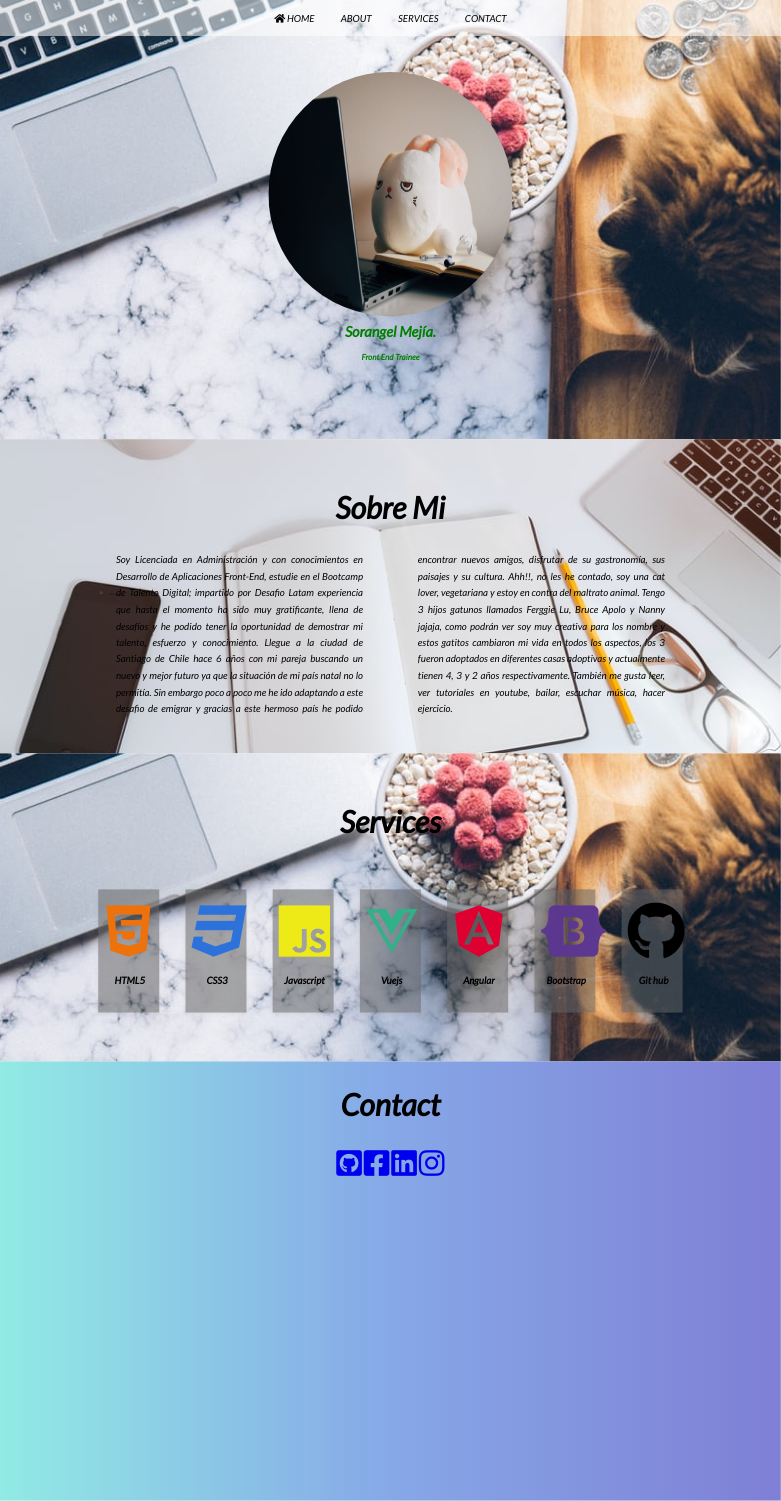
Repository: sory2311/portfolio-css
Page: index.html
The author's editor kept a copy of each file at every save. The page is drawn from the files as they stood at one save, then again after the next save.
The browser window is 1280 px wide. The pictures show the whole page, at 61% of full size.
Backgrounds fixed to the window are drawn as part of the page. Some web libraries are served in a nearby version.

Above is the page before, as saved 2021-05-27 18:30:52.

### index.html
<!DOCTYPE html>
<html lang="en">
  <head>
    <meta charset="UTF-8" />
    <meta name="viewport" content="width=device-width, initial-scale=1.0" />
    <title>Document</title>
    <link
      rel="stylesheet"
      href="https://cdnjs.cloudflare.com/ajax/libs/font-awesome/5.14.0/css/all.min.css"
    />
    <link
      href="https://fonts.googleapis.com/css2?family=Lato:ital@1&display=swap"
      rel="stylesheet"
    />
    <link rel="stylesheet" href="./css/style.css" />
  </head>

  <body>
    <nav class="sidebar">
      <a href="#home" class="sidebar-item"><i class="fas fa-home"></i> Home</a>
      <a href="#about" class="sidebar-item">About</a>
      <a href="#services" class="sidebar-item">Services</a>
      <a href="#contact" class="sidebar-item">Contact</a>
      <a href="javscript:void(0)" class="close"><i class="fa fa-times"></i></a>
    </nav>
    <a href="javscript:void(0)" class="open"><i class="fa fa-bars"></i></a>

    <!--aqui comienza el home-->
    <header id="home">
      <img src="./img/avatar2.jpeg" alt="Mi foto" class="avatar" />
      <h2 class="header-name">Sorangel Mejía.</h2>
      <h5 class="header-title">Front End Trainee</h5>
    </header>

    <!--aqui comienza el acerca de:-->
    <section id="about">
      <div class="container">
        <h1 class="section-title">Sobre Mi</h1>
        <p class="about-content">
          Soy Licenciada en Administración y con conocimientos en Desarrollo de Aplicaciones Front-End,
          estudie en el Bootcamp de Talento Digital; impartido por Desafio Latam
          experiencia que hasta el momento ha sido muy gratificante, llena de
          desafíos y he podido tener la oportunidad de demostrar mi
          talento, esfuerzo y conocimiento. Llegue a la ciudad de Santiago de Chile hace 6 años con mi pareja buscando un nuevo y mejor futuro
          ya que la situación de mi país natal no lo permitía. Sin embargo poco a poco me he ido adaptando a
          este desafio de emigrar y gracias a este hermoso país he podido encontrar nuevos amigos, disfrutar
          de su gastronomía, sus paisajes y su cultura.
          Ahh!!, no les he contado, soy una cat lover, vegetariana y estoy en contra del maltrato animal.
                    Tengo 3 hijos gatunos llamados Ferggie Lu, Bruce Apolo y Nanny jajaja, como podrán ver soy muy
                    creativa para los nombre y estos gatitos cambiaron mi vida en todos los aspectos, los 3
                    fueron
                    adoptados en diferentes casas adoptivas y actualmente tienen 4, 3 y 2 años respectivamente.
                    También me gusta leer, ver tutoriales en youtube, bailar, escuchar música, hacer
                    ejercicio.
        </p>
      </div>
    </section>
    <!--aqui comienza el servicios-->
    <section id="services">
      <div class="container">
        <h1 class="section-title">Services</h1>
        <div class="card">
          <i class="fab fa-html5 fa-6x icon-html5"></i>
          <div class="container">
            <h4 class="title">HTML5</h4>
          </div>
        </div>
        <div class="card">
          <i class="fab fa-css3 fa-6x icon-css3"></i>
          <div class="container">
            <h4 class="title">CSS3</h4>
          </div>
        </div>
        <div class="card">
          <i class="fab fa-js fa-6x icon-js"></i>
          <div class="container">
            <h4 class="title">Javascript</h4>

          </div>
        </div>
        <div class="card">
                <i class="fab fa-vuejs fa-6x icon-vuejs"></i>
                <div class="container">
                  <h4 class="title">Vuejs</h4>
                </div>
              </div>
              <div class="card">
                <i class="fab fa-angular fa-6x icon-angular"></i>
                <div class="container">
                  <h4 class="title">Angular</h4>

                </div>
              </div>
              <div class="card">
                    <i class="fab fa-bootstrap fa-6x icon-bootstrap"></i>
                    <div class="container">
                      <h4 class="title">Bootstrap</h4>

                    </div>
                  </div>
                  <div class="card">
                        <i class="fab fa-github fa-6x icon-github"></i>
                        <div class="container">
                          <h4 class="title">Git hub</h4>

                        </div>
                      </div>
      </div>
    </section>

    <!--aqui comienza el contacto-->
    <section id="contact">
      <div class="container">
        <h1 class="section-title">Contact</h1>
                  <div class="col-sm-6 footer">

                          <div class="icons-footer">
                              <a href="https://github.com/sory2311/" target='_blank'><i
                                      class="fab fa-github-square fa-3x"></i></a>
                              <a href="https://www.facebook.com/sory.mejiab/" target='_blank'><i
                                class="fab fa-facebook-square fa-3x"></i></a>
                              <a href="https://www.linkedin.com/in/sorangel-mejía-berrios-803b10107/" target='_blank'><i
                                class="fab fa-linkedin fa-3x"></i></a>
                              <a href="https://www.instagram.com/ferbrunny.2102/" target='_blank'><i
                                class="fab fa-instagram fa-3x"></i></a>
                          </div>
                      </div>



      </div>
    </section>

    <script src="./js/main.js"></script>
  </body>
</html>

### css/style.css
body {
   margin: 0;
   font-family: 'Lato';
}
/* aqui comienza el SIDEBAR*/

.sidebar {
    background-color: #ffffff88;
    overflow: hidden;
    position: fixed;
    text-align: center;
    top: 0;
    width: 100%;
    z-index: 3;
}

.sidebar .sidebar-item {
    color: black;
    font-size: 1em;
    padding: 20px;
    margin: 0 auto;
    text-decoration: none;
    text-transform: uppercase;
    display: inline-block;
}

.sidebar .sidebar-item:hover {
    background-color: #cccccc;

}

.sidebar .close {
    color: black;
    display: none;
    font-size: 1em;
    padding: 10px;
    position: absolute;
    top: 0;
    right: 30px;

}
.sidebar .close:hover {
    color: #3e34cc;
}

.open {
    color: #3e34cc;
    display: none;
    font-size: 1em;
    position: absolute;
    right: 12%;
    padding: 10px;
    top: 0;
    z-index: 2;
}
/* aqui TERMINA el SIDEBAR*/

/* aqui COMIENZA el HOME*/

#home {
    width: 100%;
    height: 100vh;
    display: flex;
    flex-direction: column;
    justify-content: center;
    align-items: center;
    background-attachment: fixed;
    background-image: url(../img/fondo/fondo7.jpeg);
    background-position: center center;
    background-size: cover;
}

#home .avatar {
    border-radius: 200px;
    width:400px;
    height:400px;



}
#home .header-name, #home .header-title{
text-align: center;
margin: 10px;
color: green;
}

/* aqui Termina el HOME*/


/* ---------  aqui COMIENZA el ABOUT*/

#about {
    width: 100%;
    height: auto;
    text-align: center;
    background-attachment: fixed;
    background-image: url(../img/fondo/fondo4.jpeg);
    background-position: center center;
    background-size: cover;

}

#about .container {
    width: 100%;
    max-width: 1200px;
    margin: 0 auto;
    padding-top: 40px;
    padding-bottom: 40px;
}

#about .container .about-content{
    text-align: justify;
    column-count: 2;
    column-gap: 10%;
    margin: 20px auto;
    line-height: 1.7em;
    width: 75%;
}
/* ------------  aqui Termina el ABOUT    */


 /* LA SESION TITLE SE REFERIERE A TODOS NUESTROS H1*/
 .section-title {
     font-size: 50px;
     color: black;
     text-align: center;
 }
 /* LA SESION TITLE SE REFERIERE A TODOS NUESTROS H1*/


/* ------------  aqui COMIENZA el SERVICES   */

 #services {
     width: 100%;
     background-attachment: scroll;
     background-position: center center;
     background-size: cover;
     background-image: url(../img/fondo/fondo7.jpeg);
 }

 #services .container{
    width: 100%;
    max-width: 1200px;
    margin: 0 auto;
    text-align: center;
    padding-top: 40px;
    padding-bottom: 40px;
 }

 #services .container .card{
     background-color: #66666688;
     box-shadow: 0 4px 8px 0 #00000011;
     display: inline-block;
     margin: 40px 20px;
     padding: 20px 10px;
     width: 80px;
     text-align: center;
 }

 #services .container .card .container{
     padding: 2px;
     text-align: center;
 }

 #services .container .card .container h4,
 #services .container .card .container p {
    text-align: center;
    display: block;
 }

 #services .container .card .icon-html5 {
color: rgb(238, 114, 12)
 }

 #services .container .card .icon-css3 {
     color: rgb(45, 114, 218)
}
#services .container .card .icon-js {
    color: rgb(238, 234, 24)
}

#services .container .card .icon-vuejs {
    color: #31b189;
}

#services .container .card .icon-bootstrap {
    color: #5b3791fb;
}
#services .container .card .icon-angular {
    color: #DD0031;
}
/* ------------  aqui COMIENZA el CONTACTOS   */
#contact {
    width: 100%;
    height: auto;
    text-align: center;
    background-attachment: fixed;
    /*background-image: url(../img/fondo/fondo3.jpeg);
    background-position: center center;
    background-size: cover;*/
}

#contact .container {

    width: 100%;
    height: 100vh;
    background: #7F7FD5;  /* fallback for old browsers */
    background: -webkit-linear-gradient(to right, #91EAE4, #86A8E7, #7F7FD5);  /* Chrome 10-25, Safari 5.1-6 */
    background: linear-gradient(to right, #91EAE4, #86A8E7, #7F7FD5); /* W3C, IE 10+/ Edge, Firefox 16+, Chrome 26+, Opera 12+, Safari 7+ */
    text-align: center;
    float: left;

}






/*PARA TRABAJAR CON MEDIA QUERIES*/

@media only screen and (min-width: 375px) and (max-width: 410px) {
    #home .avatar {
        width: 50%;
    }

    #about .container .about-content {
        text-align: justify;
        column-count: 1;
        margin: 20px auto;
        line-height: 1.7em;
        width: 75%;
    }
    #contact .container form {
        width: 75%;
        margin: 0 auto;
        text-align: center;
    }

    #contact .container form .form-input {
        background-color: #ffffff44;
        border: 0;
        border-bottom: 1px solid #fff;
        border-radius: 10px;
        color: #000;
        display: block;
        margin: 10px;
        padding: 10px;
        width: 100%;
    }

    #contact .container form .form-button {
        border: 3px solid #3e34cc88;
        border-radius: 10px;
        display: block;
        background-color: #000;
        padding: 20px;
        margin: 0 10px;
        width: 100%;
        color: #3e34cc88;
        text-transform: uppercase;
        font-size: .8em;
    }
}

@media only screen and (min-width: 411px) and (max-width: 767px) {
    .sidebar {
        background-color: #3e34cc;
        height: 100%;
        padding-top: 40px;
        position: fixed;
        overflow-x: hidden;
        text-align: center;
        top: 0;
        transition: .5s;
        width: 0;
        z-index: 3;
    }

    .sidebar .sidebar-item {
        padding: 10px 0;
        margin: 0 auto;
        text-decoration: none;
        color: #fff;
        font-size: .8em;
        text-transform: uppercase;
        display: block;
        transition: .5s;
    }

    .sidebar .close {
        display: block;
        z-index: 3;
    }

    .open {
        display: block;
        font-size: 1em;
        z-index: 2;
    }

    #home .avatar {
        width: 75%;
    }

    #about .container .about-content {
        text-align: justify;
        column-count: 1;
        margin: 20px auto;
        line-height: 1.7em;
        width: 75%;
    }



}

@media only screen and (min-width: 768px) and (max-width: 1024px) {

    .sidebar {
        background-color: #3e34cc;
        height: 100%;
        padding-top: 40px;
        position: fixed;
        overflow-x: hidden;
        text-align: center;
        top: 0;
        transition: .5s;
        width: 0;
        z-index: 3;
    }

    .sidebar .sidebar-item {
        padding: 10px 0;
        margin: 0 auto;
        text-decoration: none;
        color: #fff;
        font-size: .8em;
        text-transform: uppercase;
        display: block;
        transition: .5s;
    }

    .sidebar .close {
        display: block;
        z-index: 3;
    }

    .open {
        position: fixed;
        display: block;
        font-size: 1em;
        z-index: 2;
    }

    #home .avatar {
        width: 300px;
    }
}

Loaded but not shown: js/main.js (no copy from this time; the picture is the same without it)

After the next save:
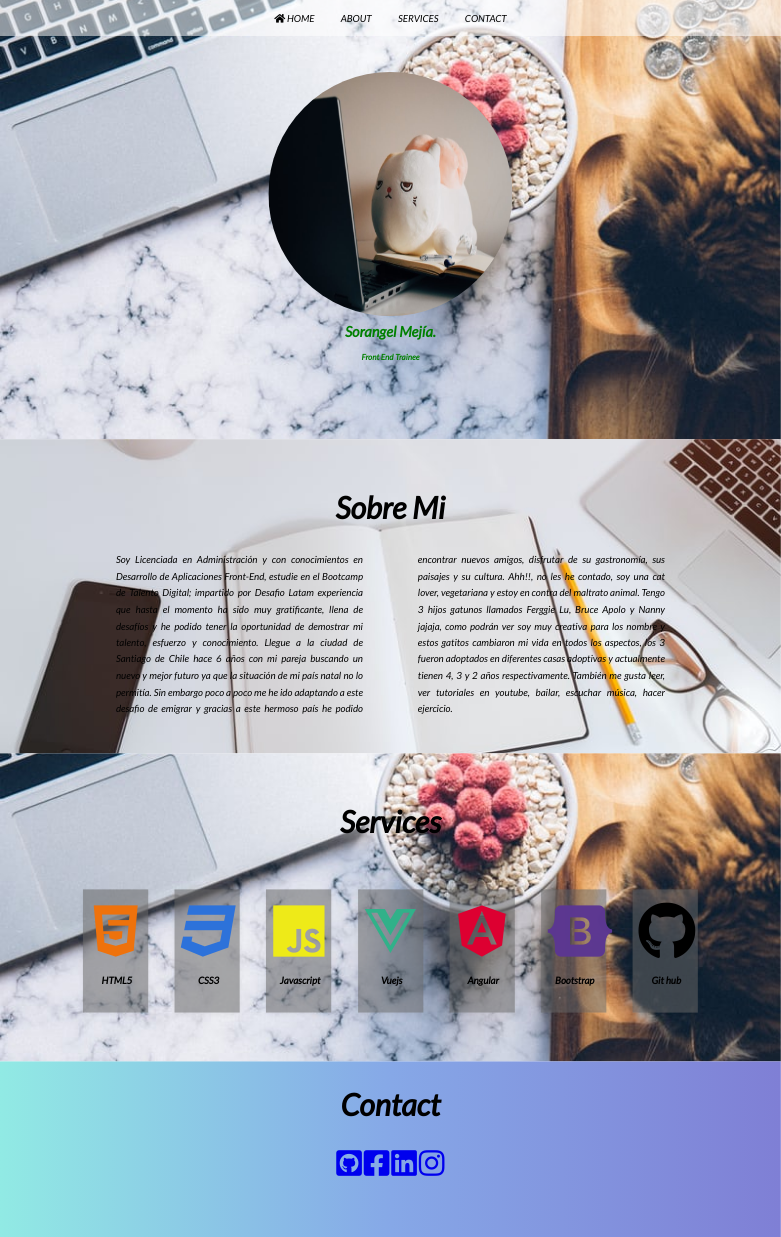
Saved 57 s later.
--- a/css/style.css
+++ b/css/style.css
@@ -153,7 +153,7 @@
      display: inline-block;
      margin: 40px 20px;
      padding: 20px 10px;
-     width: 80px;
+     width: 87px;
      text-align: center;
  }
 
@@ -189,6 +189,7 @@
 #services .container .card .icon-angular {
     color: #DD0031;
 }
+
 /* ------------  aqui COMIENZA el CONTACTOS   */
 #contact {
     width: 100%;
@@ -203,7 +204,7 @@
 #contact .container {
 
     width: 100%;
-    height: 100vh;
+    height: 40vh;
     background: #7F7FD5;  /* fallback for old browsers */
     background: -webkit-linear-gradient(to right, #91EAE4, #86A8E7, #7F7FD5);  /* Chrome 10-25, Safari 5.1-6 */
     background: linear-gradient(to right, #91EAE4, #86A8E7, #7F7FD5); /* W3C, IE 10+/ Edge, Firefox 16+, Chrome 26+, Opera 12+, Safari 7+ */
@@ -211,7 +212,6 @@
     float: left;
 
 }
-
 
 
 
